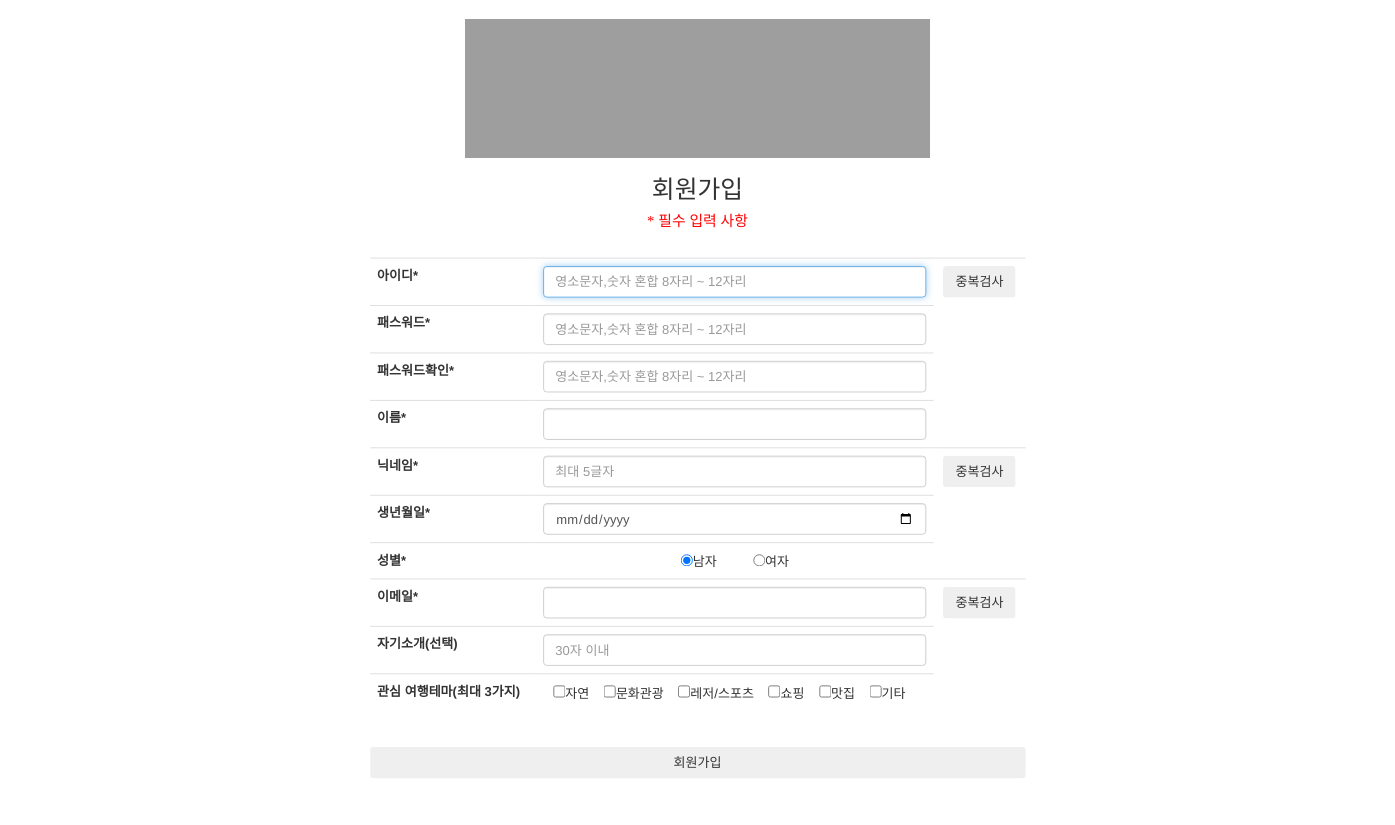
Repository: yhj4130/FinalProject
Page: http://localhost/TogatherProject/WEB-INF/views/login/Join.jsp
The author's editor kept a copy of each file at every save. The page is drawn from the files as they stood at one save, then again after the next save.
The browser window is 1280 px wide. The page is 1500 px wide, so the pictures cover 1500 px, including what lies to the right of the window. The pictures show the whole page, at 93% of full size.
Pictures or frames that could not be fetched are drawn as grey boxes. The page is served by Tomcat 9. Nobody is signed in. The template is opened directly, without the code that normally fills it, so the values that code supplies are empty.

Above is the page before, as saved 2019-07-12 12:18:24.

### TogatherProject/src/main/webapp/WEB-INF/views/login/Join.jsp
<%@ page contentType="text/html; charset=UTF-8"%>
<%@ taglib prefix="c" uri="http://java.sun.com/jsp/jstl/core"%>

<%
	request.setCharacterEncoding("UTF-8");
	String cp = request.getContextPath();
%>
<!DOCTYPE html>
<html>
<head>
<meta charset="UTF-8">
<title>To_gather</title>
<script src="http://code.jquery.com/jquery-latest.min.js"></script>
<link rel="stylesheet" href="https://maxcdn.bootstrapcdn.com/bootstrap/3.3.2/css/bootstrap.min.css">
<link rel="stylesheet" href="https://maxcdn.bootstrapcdn.com/bootstrap/3.3.2/css/bootstrap-theme.min.css">
<script src="https://maxcdn.bootstrapcdn.com/bootstrap/3.3.2/js/bootstrap.min.js"></script>

<script type="text/javascript">

	function themaCodeArr() {
		var themaCode = [];
		$("input[name='themaCode']:checked").each(function(i){
			themaCode.push($(this).val());
		})
	}

</script>

</head>
<body>
	<div class="container" style="width: 1500px;">
		<div class="row">
			<div class="col-sm-12 text-center">
				<div class="col-sm-3"></div>

				<div class="col-sm-6">
					<h2><a href="beforemain.do"><img src="<%=cp %>/resources/images/To_gather.png" style="width: 500px;" height="150px;"></a></h2>
					<h3><span style="font-family: 맑은 고딕; font-size: 20pt;">회원가입</span></h3>
					<h5><span style="font-family: 맑은 고딕; font-size: 12pt; color: red;">* 필수 입력 사항</span></h5>
					<br>
					<form action="joininsert.do"  method="post" id="form" >
						<table class="table table-boardered">
							<tr>
								<th>아이디*</th>
								<td>
									<input type="text" class="form-control" id="userId" name="userId"
									placeholder="영소문자,숫자 혼합 8자리 ~ 12자리" onkeydown="inputIdChk()">
								</td>
								<td>
									<button type="button" class="btn" id="idCheckBtn">중복검사</button>
									<input type="hidden" id="idCheck" value="idUncheck">
								</td>
							</tr>
							<tr>
								<th>패스워드*</th>
								<td><input type="password" class="form-control" id="userPw" name="userPw"
									placeholder="영소문자,숫자 혼합 8자리 ~ 12자리"></td>
							</tr>

							<tr>
								<th>패스워드확인*</th>
								<td><input type="password" class="form-control" id="pw2" name="pw2"
									placeholder="영소문자,숫자 혼합 8자리 ~ 12자리"></td>
							</tr>

							<tr>
								<th>이름*</th>
								<td><input type="text" class="form-control" name="name" id="name"></td>
							</tr>

							<tr>
								<th>닉네임*</th>
								<td><input type="text" class="form-control" id="nickName" name="nickName"
									placeholder="최대 5글자" onkeydown="inputNickNameChk()">
								</td>
								<td>
									<button type="button" class="btn" id="nicknameCheckBtn">중복검사</button>
									<input type="hidden" id="nicknameCheck" value="nicknameUncheck">
								</td>
							</tr>

							<tr>
								<th>생년월일*</th>
								<td><input type="date" class="form-control" id="birth" name="birth"></td>

							</tr>

							<tr>
								<th>성별*</th>
								<td>
									<input type="radio" name="genderCode" value="1" checked="checked">남자
									&nbsp;&nbsp;&nbsp;&nbsp;&nbsp;&nbsp;&nbsp;&nbsp;
									<input type="radio" name="genderCode" value="2">여자</td>
							</tr>

							<tr>
								<th>이메일*</th>
								<td>
									<input type="email" class="form-control" id="email" name="email" onkeydown="inputEmailChk()">
								</td>
								<td>
									<button type="button" class="btn" id="emailCheckBtn">중복검사</button>
									<input type="hidden" id="emailCheck" value="emailUncheck">
								</td>
							</tr>

							<tr>
								<th>자기소개(선택)</th>
								<td><input type="text" class="form-control" id="intro" name="intro"
									placeholder="30자 이내"></td>
							</tr>


							<tr>
								<th>관심 여행테마(최대 3가지)</th>
								<td><input type="checkbox" name="themaCode" value="1" onclick="javascript:chk(this)">자연
									&nbsp;&nbsp; <input type="checkbox" name="themaCode" value="2" onclick="javascript:chk(this)">문화관광
									&nbsp;&nbsp; <input type="checkbox" name="themaCode" value="3" onclick="javascript:chk(this)">레저/스포츠
									&nbsp;&nbsp; <input type="checkbox" name="themaCode" value="4" onclick="javascript:chk(this)">쇼핑
									&nbsp;&nbsp; <input type="checkbox" name="themaCode" value="5" onclick="javascript:chk(this)">맛집
									&nbsp;&nbsp; <input type="checkbox" name="themaCode" value="6" onclick="javascript:chk(this)">기타
									&nbsp;&nbsp;</td>
							</tr>

						</table>
						<br>
						<div style="margin-bottom: 50px;">
						<button type="submit" id="join" name="join" class="btn btn-block">회원가입</button>
						</div>
					</form>

				</div>

			</div>
		</div>
	</div>
<script type="text/javascript">

$("#userId").focus();
	$(document).ready(function()
	{
		var id = /^[A-Za-z0-9+]{8,12}$/;

		var pw = /^[A-Za-z0-9+]{8,12}$/;

		$("#join").click(function()
		{
			// 다시 중복체크
			function inputIdChk() {
				document.getElementById("idCheck").value = "idUnCheck";
			}
			function inputNickNameChk() {
				document.getElementById("nicknameCheck").value = "nicknameUnCheck";
			}
			function inputEmailChk() {
				document.getElementById("emailCheck").value = "emailUnCheck";
			}

			if($("#userId").val()=="" || $("#userPw").val()=="" || $("#pw2").val()=="" || $("#name").val()=="" || $("#nickName").val()==""
					|| $("#birth").val()==""  || $("#email").val()=="")
			{
				alert("필수 항목이 누락되었습니다.");
				return false;
			}

			if (!id.test(document.getElementById("userId").value))
			{
				alert("아이디가 조건에 맞지 않습니다");
				$("#userId").focus();
				return false;
			}

			if (!pw.test(document.getElementById("userPw").value))
			{
				alert("패스워드가 조건에 맞지 않습니다");
				$("#userPw").focus();
				return false;
			}

			if(document.getElementById("userPw").value != document.getElementById("pw2").value)
			{
				alert("패스워드와 패스워드확인이 일치하지 않습니다. ");
				$("#pw2").focus();
				return false;
			}

	        if($("#nickName").val().length > 5)
	        {
	        	alert("닉네임은 최대 5글자 입니다.");
	        	$("#nickName").focus();
	            return false;
	        }

	        if($("#intro").val().length > 30)
	        {
	        	alert("30자 이내로 작성해주세요.");
	        	$("#intro").focus();
	            return false;
	        }

			if($("#idCheck").val() != "idCheck")
			{
				alert("아이디를 중복체크 해주세요!");
				return false;
			}

			if($("#nicknameCheck").val() !="nicknameCheck")
			{
				alert("닉네임을 중복체크 해주세요!");
				return false;
			}

			if($("#emailCheck").val()!="emailCheck")
			{
				alert("이메일을 중복체크 해주세요!");
				return false;
			}
		});

		$("#idCheckBtn").click(function() {
			var userId = $("#userId").val();

			if(userId == "")
			{
				alert("아이디를 입력해주세요.");
				return false;
			}

			$.ajax({
				url : "<%=cp%>/idcheck.do",
				type : "post",
				data : {'userId':userId},
				success: function(count) {

					if (!id.test(document.getElementById("userId").value))
					{
						alert("아이디가 조건에 맞지 않습니다");
						$("#userId").focus();
						return false;
					}

					// 중복안됨
					if(count == 0)
					{
						alert("사용가능한 아이디입니다.");
						document.getElementById("idCheck").value = "idCheck";

					}
					else
					{
						alert("중복된 아이디입니다.");
						return false;
					}
				}
			});
		});

		$("#nicknameCheckBtn").click(function() {
			var nickName = $("#nickName").val();

			if(nickName == "")
			{
				alert("닉네임을 입력해주세요.");
				return false;
			}

			$.ajax({
				url : "<%=cp%>/nicknamecheck.do",
				type : "post",
				data : {'nickName':nickName},
				success: function(count) {

					if($("#nickName").val().length > 5)
			        {
			        	alert("닉네임은 최대 5글자 입니다.");
			        	$("#nickName").focus();
			            return false;
			        }

					// 중복안됨
					if(count == 0)
					{
						alert("사용가능한 닉네임입니다.");
						document.getElementById("nicknameCheck").value = "nicknameCheck";
					}
					else
					{
						alert("중복된 닉네임입니다.");
						return false;
					}
				}
			});
		});

		$("#emailCheckBtn").click(function() {
			var email = $("#email").val();

			if(email == "")
			{
				alert("이메일을 입력해주세요.");
				return false;
			}

			$.ajax({
				url : "<%=cp%>/emailcheck.do",
				type : "post",
				data : {'email':email},
				success: function(count) {

					// 중복안됨
					if(count == 0)
					{
						alert("사용가능한 이메일입니다.");
						document.getElementById("emailCheck").value = "emailCheck";

					}
					else
					{
						alert("중복된 이메일입니다.");
						return false;
					}
				}
			});
		});

	});


</script>

<script type="text/javascript">
function chk(obj){

	var chkbox = document.getElementsByName("themaCode");

	var chkCnt = 0;

	for(var i=0;i<chkbox.length; i++){

		if(chkbox[i].checked){

			chkCnt++;

		}
	}

	if(chkCnt>3){

		alert("관심테마는 최대 3개까지 선택가능합니다.");

		obj.checked = false;

		return false;
	}
}
</script>

</body>
</html>

After the next save:
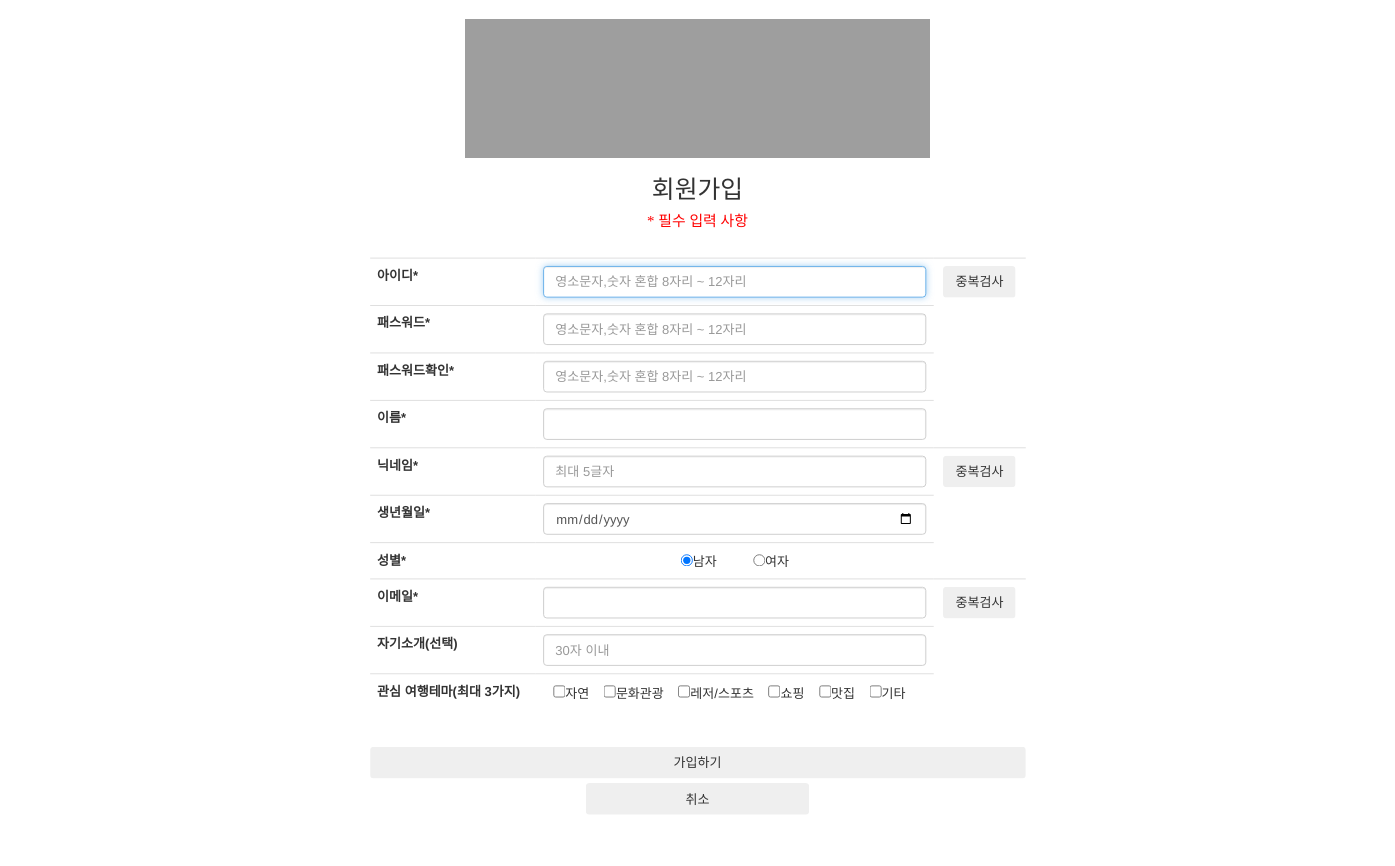
Saved 48 min 4 s later.
--- a/TogatherProject/src/main/webapp/WEB-INF/views/login/Join.jsp
+++ b/TogatherProject/src/main/webapp/WEB-INF/views/login/Join.jsp
@@ -125,7 +125,8 @@
 						</table>
 						<br>
 						<div style="margin-bottom: 50px;">
-						<button type="submit" id="join" name="join" class="btn btn-block">회원가입</button>
+						<button type="submit" id="join" name="join" class="btn btn-block">가입하기</button>
+						<button type="button" class="btn" style="width: 240px; margin: 5px;" onclick="history.go(-1); return false;">취소</button>
 						</div>
 					</form>
 
